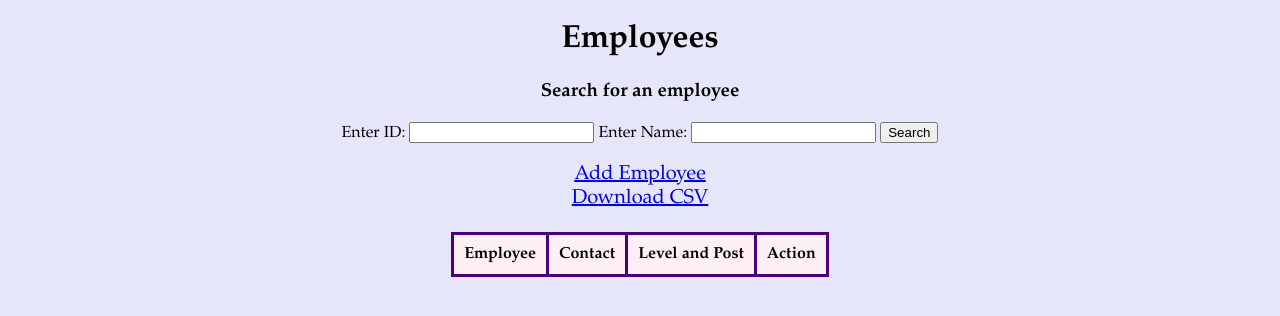
Repository: P9-Analyst-Java/employee-management-abhishekdatta12
Page: http://localhost/spring-expense-tracker/WEB-INF/views/home.jsp
The author's editor kept a copy of each file at every save. The page is drawn from the files as they stood at one save, then again after the next save.
The browser window is 1280 px wide. The pictures show the whole page.
The page is served by Tomcat 10. Nobody is signed in. Other server files are loaded and not shown. The template is opened directly, without the code that normally fills it, so the values that code supplies are empty.

Above is the page before, as saved 2023-02-22 09:37:26.

### spring-portal/spring-expense-tracker/src/main/webapp/WEB-INF/views/home.jsp
<%@ page language="java" isELIgnored="false" contentType="text/html; charset=ISO-8859-1"
    pageEncoding="UTF-8"%>
<%@ taglib prefix="c" uri="http://java.sun.com/jsp/jstl/core"%>
<%@ taglib prefix="form" uri="http://www.springframework.org/tags/form" %>
<c:set var="contextRoot" value="${pageContext.request.contextPath}"/>
<!DOCTYPE html>
<html>
<head>
<style type="text/css">
body{
	font-family: garamond;
	font-size: 16px;
	text-align: center;
	background-color: lavender;
}
div{
	margin-left: auto;
  	margin-right: auto;
  	width: 200px;
  	align-items: center;
  	font-size: 20px;

}
table, th, td{
	text-align: center;
	border: 3px solid indigo;
	border-collapse: collapse;
	padding: 3px;
	margin: 3px;
}
table{
	margin-left: auto;
  	margin-right: auto;
  	background-color: lavenderblush;
}
td{
text-align: center;
background-color: lightcyan;
}
th, td{
	padding: 10px;
}
</style>
<meta charset="ISO-8859-1">
<title>Home</title>
</head>
<body>

	<h1>Employees</h1>
	<h3>Search for an employee</h3>

	<form action="${contextRoot}/search" method="post">
	Enter ID: <input  name="id"/>
	Enter Name: <input name="name"/>
	<button type="submit">Search</button>
	</form>
	<br>

	<div>
	<a href="${contextRoot}/employee">Add Employee</a>

	<a href="${contextRoot}/exportUsers">Download CSV</a>
	</div>
	<br>
	<table>
	<tr>
	<th>Employee</th>
	<th>Contact</th>
	<th>Level and Post</th>
	<th>Action</th>
	<!-- <th>Last Name</th>
	<th>Gender</th>
	<th>Date Of Birth</th>
	<th>PAN Card Number</th>
	<th>Aadhaar Number</th>
	<th>Mobile Number</th>
	<th>Email ID</th>
	<th>Office Mail</th>
	<th>Permanent Address</th>
	<th>Present Address</th>
	<th>Blood Group</th>
	<th>Profile Picture</th>
	<th>Date of Joining</th>
	<th>Employee Level</th>
	<th>Post Name</th>
	<th>Basic Pay</th>
	<th>House Allowance</th>
	<th>Edit</th>
	<th>Delete</th>-->
	</tr>
	<c:forEach var="employee" items="${employees}">
		<tr>
			<td>${employee.firstName}&nbsp;${employee.lastName}<br/>#${employee.id}</td>

			<td>${employee.mobileNum}<br/>${employee.emailId}</td>

			<td>${employee.empLevel}/<br/>${employee.postName}</td>

			<td><a href="${contextRoot}/history/${employee.id}">Employments</a>/<a href="${contextRoot}/employee/${employee.id}">Edit</a>/<a href="${contextRoot}/${employee.id}">Delete</a></td>
			<!-- <td>${employee.id}</td>
			<td>${employee.firstName}</td>
			<td>${employee.lastName}</td>
			<td>${employee.gender}</td>
			<td>${employee.dob}</td>
			<td>${employee.panNum}</td>
			<td>${employee.aadhaarNum}</td>
			<td>${employee.mobileNum}</td>
			<td>${employee.emailId}</td>
			<td>${employee.officeMail}</td>
			<td>${employee.permanentAddress}</td>
			<td>${employee.presentAddress}</td>
			<td>${employee.bloodGroup}</td>
			<td>${employee.profilePict}</td>
			<td>${employee.doj}</td>
			<td>${employee.empLevel}</td>
			<td>${employee.postName}</td>
			<td>${employee.basicPay}</td>
			<td>${employee.houseAllowance}</td>
			<td><a href="${contextRoot}/employee/${employee.id}">Edit</a></td>
			<td><a href="${contextRoot}/${employee.id}">Delete</a></td>-->
		</tr>
	</c:forEach>
	</table>

</body>
</html>

After the next save:
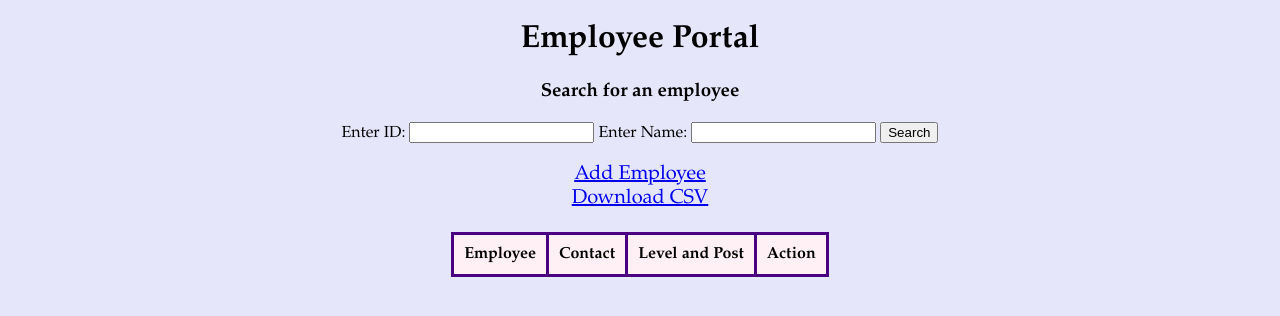
Saved 32 s later.
--- a/spring-portal/spring-expense-tracker/src/main/webapp/WEB-INF/views/home.jsp
+++ b/spring-portal/spring-expense-tracker/src/main/webapp/WEB-INF/views/home.jsp
@@ -46,7 +46,7 @@ th, td{
 </head>
 <body>
 
-	<h1>Employees</h1>
+	<h1>Employee Portal</h1>
 	<h3>Search for an employee</h3>
 
 	<form action="${contextRoot}/search" method="post">
